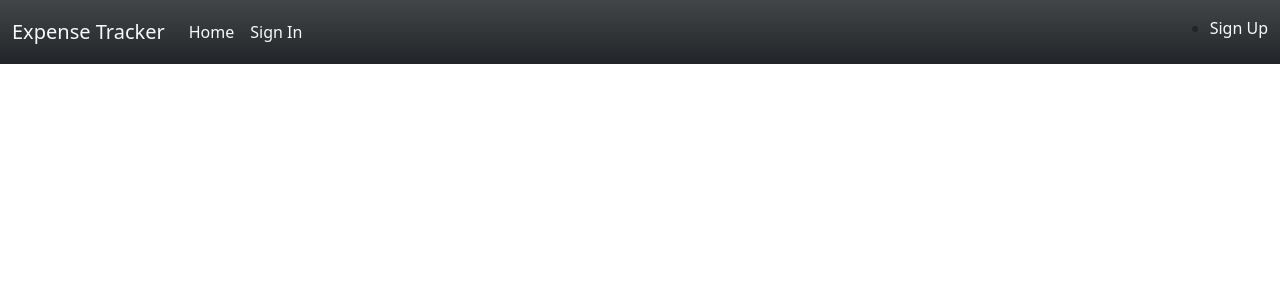
Repository: Gaurav560/OnlineExpenseTracker
Page: http://localhost/Online_Expense_Tracker/
An editor plug-in stored every save of this project. The page is shown before and after the next save, followed by the edit.
The browser window is 1280 px wide. The pictures show the whole page.
The page is served by Tomcat 9. Other server files are loaded and not shown.

Above is the page before, as saved 2023-05-03 20:24:44.

### Online_Expense_Tracker/src/main/webapp/index.jsp
<%@ page language="java" contentType="text/html; charset=ISO-8859-1"
	pageEncoding="ISO-8859-1"%>
<!DOCTYPE html>
<html>
<head>
<meta charset="ISO-8859-1">
<title>Insert title here</title>
<link
	href="https://cdn.jsdelivr.net/npm/bootstrap@5.3.0-alpha3/dist/css/bootstrap.min.css"
	rel="stylesheet"
	integrity="sha384-KK94CHFLLe+nY2dmCWGMq91rCGa5gtU4mk92HdvYe+M/SXH301p5ILy+dN9+nJOZ"
	crossorigin="anonymous">
</head>
<body>

	<!--Navbar starts here  -->


	<nav class="navbar navbar-expand-lg bg-dark  bg-gradient">
		<div class="container-fluid">
			<a class="navbar-brand text-light" href="#">Expense Tracker</a>
			<button class="navbar-toggler" type="button"
				data-bs-toggle="collapse" data-bs-target="#navbarSupportedContent"
				aria-controls="navbarSupportedContent" aria-expanded="false"
				aria-label="Toggle navigation">
				<span class="navbar-toggler-icon"></span>
			</button>
			<div class="collapse navbar-collapse" id="navbarSupportedContent">
				<ul class="navbar-nav me-auto mb-2 mb-lg-0">
					<li class="nav-item"><a class="nav-link active text-light"
						aria-current="page" href="#">Home</a></li>
					<li class="nav-item"><a class="nav-link active text-light" href="#">Sign In</a></li>



				</ul>
			<ul>

					<li class="nav-item  ms-auto mt-2 mb-lg-0"><a class="nav-link active text-light " href="#">Sign Up</a></li>

			</ul>

			</div>
		</div>
	</nav>
	<!-- Navbar ends here  -->






	<script
		src="https://cdn.jsdelivr.net/npm/bootstrap@5.3.0-alpha3/dist/js/bootstrap.bundle.min.js"
		integrity="sha384-ENjdO4Dr2bkBIFxQpeoTz1HIcje39Wm4jDKdf19U8gI4ddQ3GYNS7NTKfAdVQSZe"
		crossorigin="anonymous"></script>
</body>
</html>

After the next save:
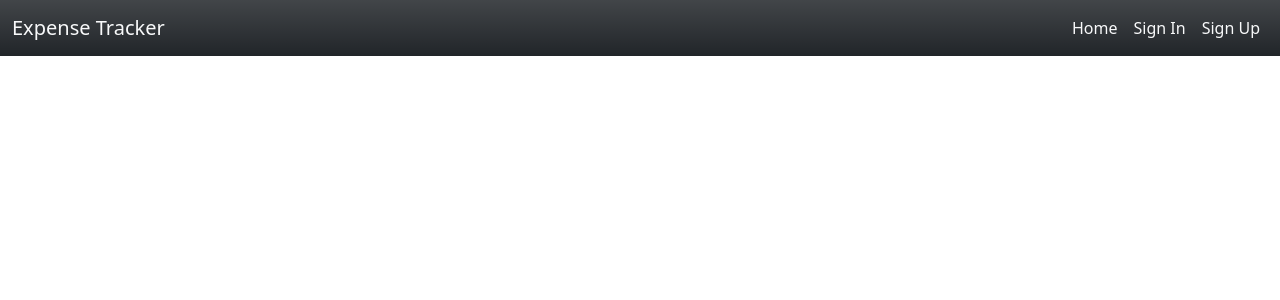
Saved 26 s later.
--- a/Online_Expense_Tracker/src/main/webapp/index.jsp
+++ b/Online_Expense_Tracker/src/main/webapp/index.jsp
@@ -26,19 +26,16 @@
 				<span class="navbar-toggler-icon"></span>
 			</button>
 			<div class="collapse navbar-collapse" id="navbarSupportedContent">
-				<ul class="navbar-nav me-auto mb-2 mb-lg-0">
+				<ul class="navbar-nav ms-auto mb-2 mb-lg-0">
 					<li class="nav-item"><a class="nav-link active text-light"
 						aria-current="page" href="#">Home</a></li>
 					<li class="nav-item"><a class="nav-link active text-light" href="#">Sign In</a></li>
 
 
+					<li class="nav-item "><a class="nav-link active text-light " href="#">Sign Up</a></li>
 
 				</ul>
-			<ul>
 
-					<li class="nav-item  ms-auto mt-2 mb-lg-0"><a class="nav-link active text-light " href="#">Sign Up</a></li>
-
-			</ul>
 
 			</div>
 		</div>
